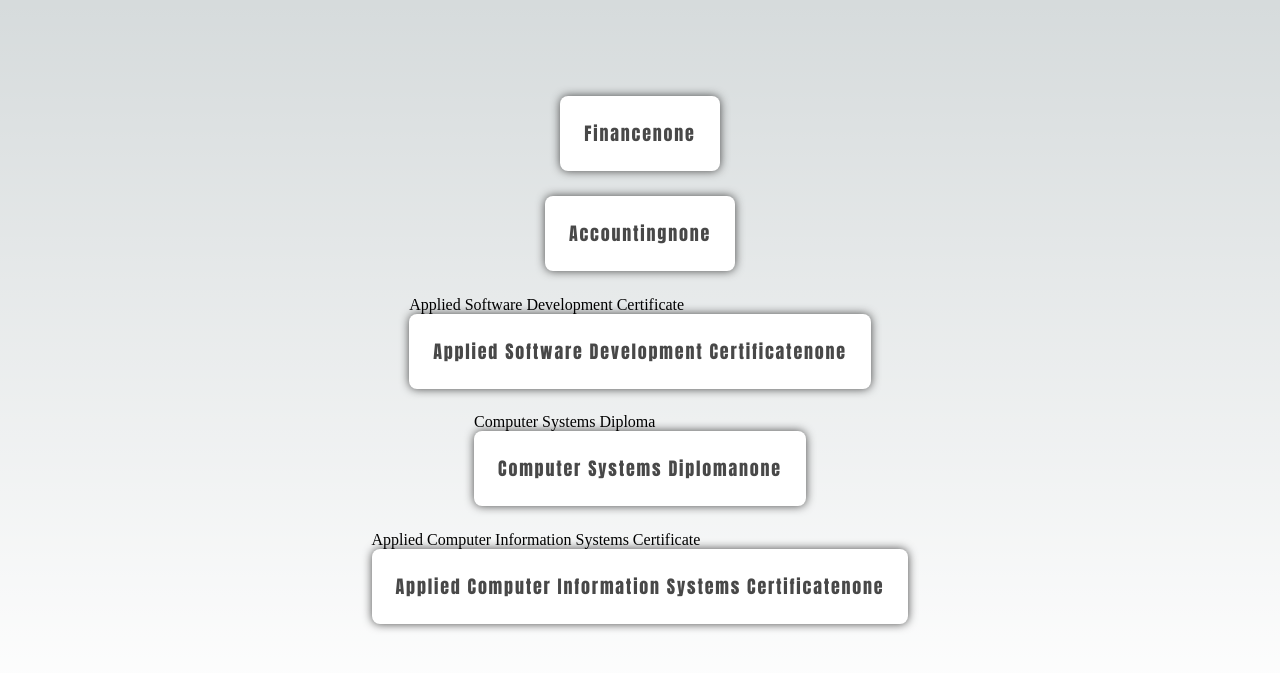
Repository: giovanabirck/class03-vercel-test
Page: /
An editor plug-in stored every save of this project. The page is shown before and after the next save, followed by the edit.
The browser window is 1280 px wide. The pictures show the whole page.
The project was rebuilt for these pictures with package versions that can differ from the ones it lists, and the page was loaded fresh each time. The framework's server and built-in components were replaced by stand-ins that run in the browser. Also part of the build but not shown: next.config.js.

Above is the page before, as saved 2023-01-24 21:21:09.

After the next save:
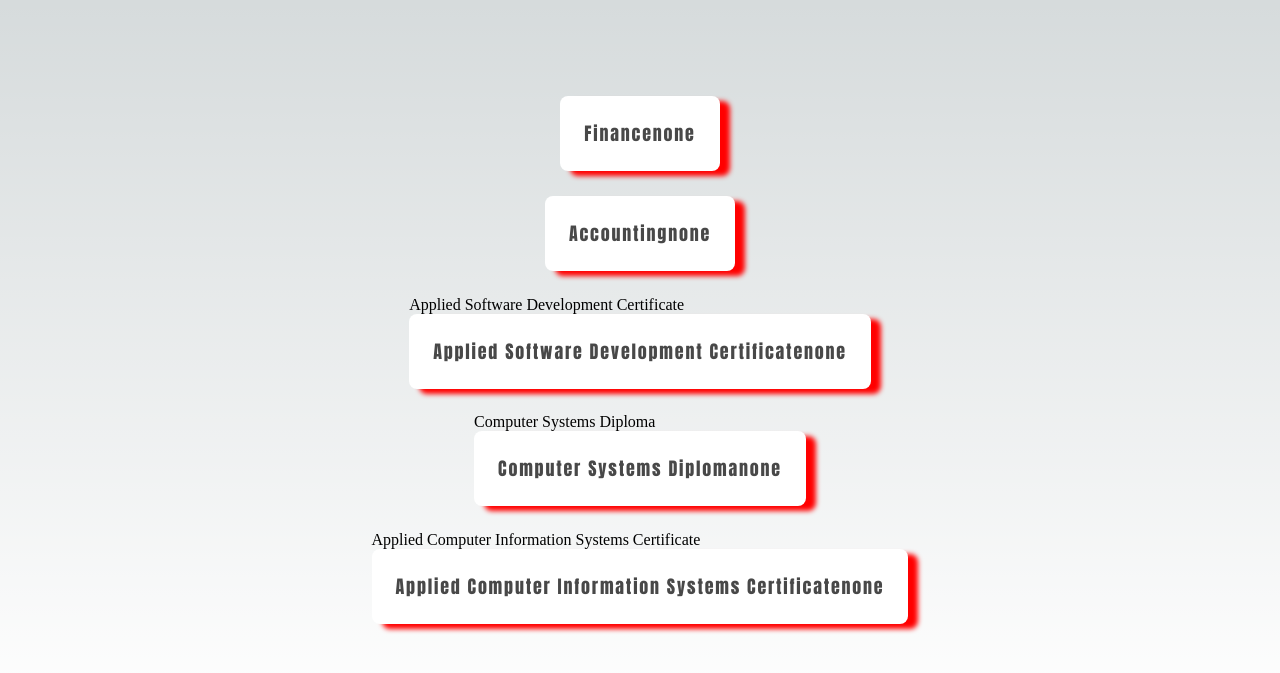
Saved 45 s later.
--- a/components/Card/index.js
+++ b/components/Card/index.js
@@ -15,7 +15,7 @@ export default function Card({
             letterSpacing: "0.1em",
             display: "flex",
             borderRadius: "8px",
-            boxShadow: "0.1px 0.1px 10px"
+            boxShadow: "10px 5px 5px red"
         }}>
             {degree}
             {department}
